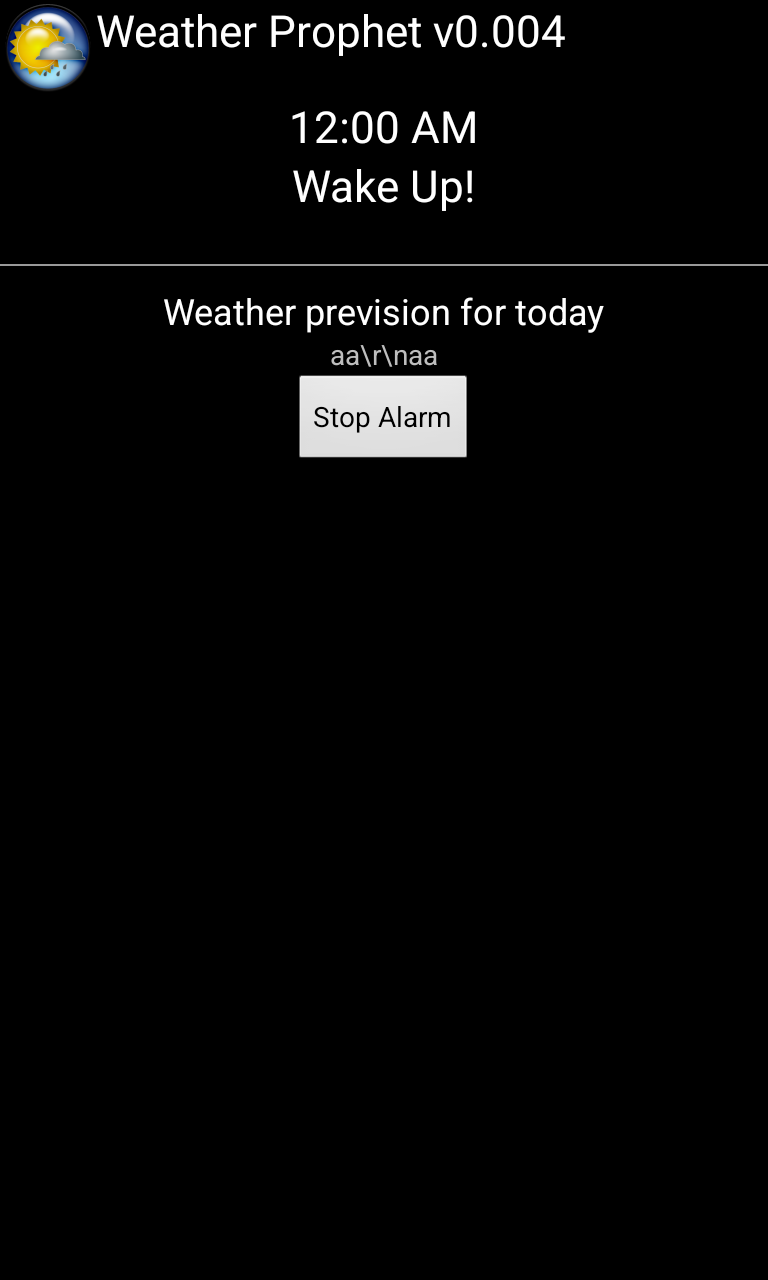
Repository: kaleidos/Weather-Prophet
Layout: android/WeatherProphet/res/layout/showalarm.xml
These files come from the project's save history. The layout is drawn as it stood at one moment and after the next save; the edit follows.
It is drawn on a 768 x 1280 px phone screen (xhdpi) without system bars, with theme android:Theme; the app's code is not run.

Above is the layout before, as saved 2011-12-15 17:00:37.

After the next save:
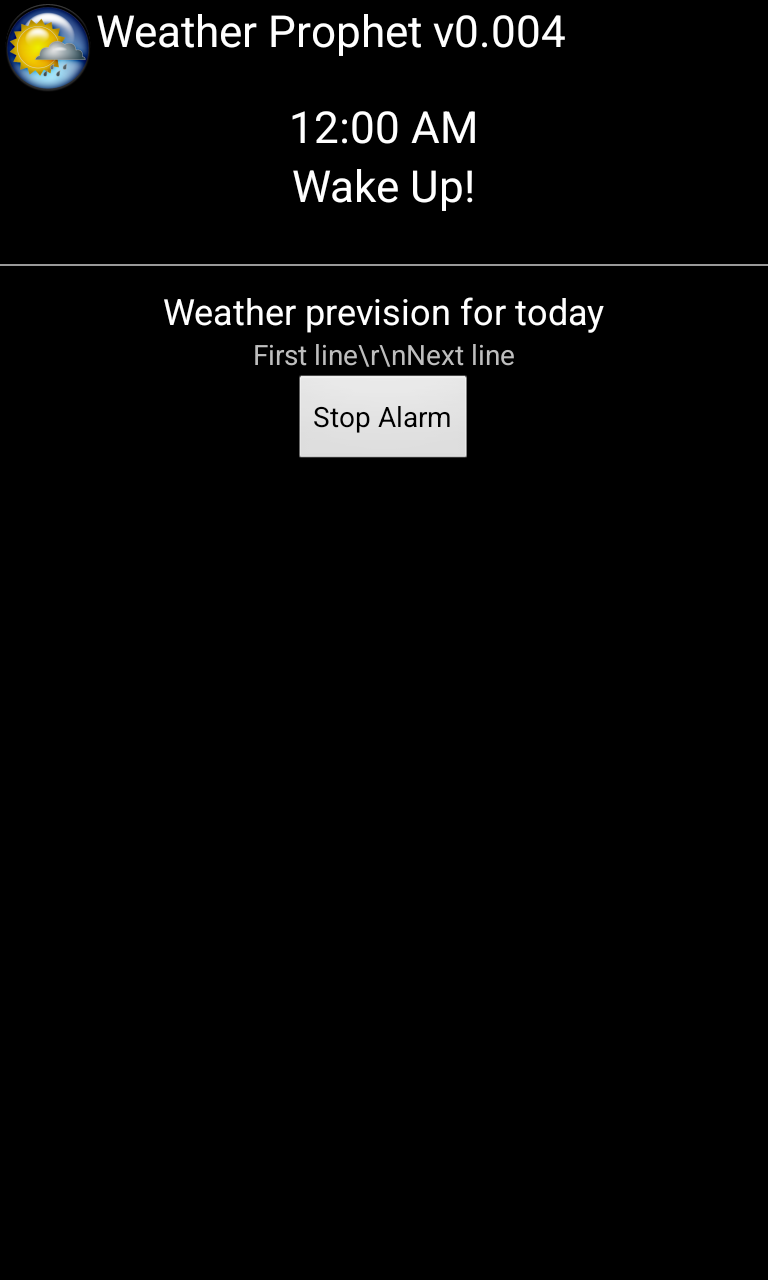
Saved 27 s later.
--- a/android/WeatherProphet/res/layout/showalarm.xml
+++ b/android/WeatherProphet/res/layout/showalarm.xml
@@ -57,7 +57,7 @@
         android:id="@+id/textView3"
         android:layout_width="wrap_content"
         android:layout_height="wrap_content"
-        android:text="aa\r\naa"
+        android:text="First line\r\nNext line"
         android:textAppearance="?android:attr/textAppearanceSmall" />
 
     <Button
